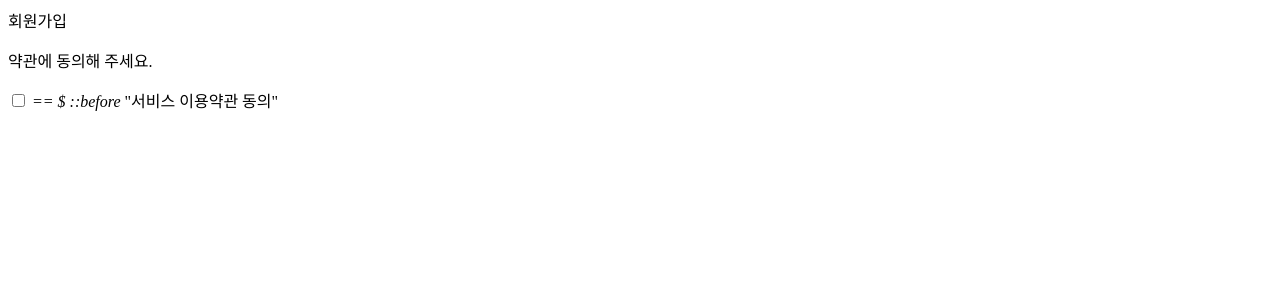
Repository: agheha/trillion
Page: YH/study_project/html/terms.html
An editor plug-in stored every save of this project. The page is shown before and after a run of saves, followed by the edit.
The browser window is 1280 px wide. The pictures show the whole page.

Above is the page before, as saved 2019-09-06 08:18:41.

### YH/study_project/html/terms.html
<!DOCTYPE html>
<html lang="en">
<head>
    <meta charset="UTF-8">
    <meta name="viewport" content="width=device-width, initial-scale=1.0">
    <meta http-equiv="X-UA-Compatible" content="ie=edge">
    <title>Document</title>
    <link rel="stylesheet" href="./../css//terms.css">
</head>
<body>
    <div class="main">
        <form action="">
            <div class="form-item-title">회원가입</div>
            <p>약관에 동의해 주세요.</p>
            <div class="form-item-checkbox">
                <label>
                    <input class="check" type="checkbox" value="terms">
                    <i class="son scon-check"> == $
                        ::before
                    </i>
                    "서비스 이용약관 동의"
                </label>
            </div>
            <div class="form-item-box"></div>
            <div class="form-item-checkbox"></div>
            <div class="form-item-box"></div>
            <div class="form-item-checkbox"></div>
            <div class="form-item-all"></div>
        </form>
    </div>
</body>
</html>

Loaded but not shown: YH/study_project/css/terms.css (no stored copy; drawn as an empty file)

After the next 2 saves:
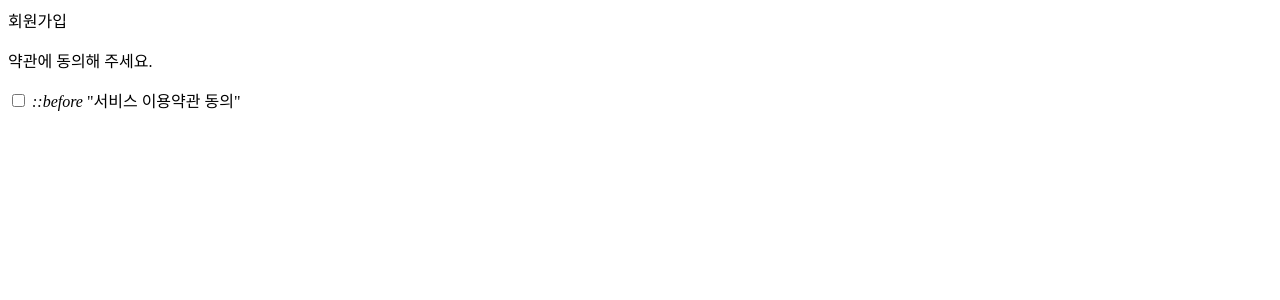
The 2 saves are shown as one change because they came seconds apart.
The last was saved 20 s later.
--- a/YH/study_project/html/terms.html
+++ b/YH/study_project/html/terms.html
@@ -15,7 +15,7 @@
             <div class="form-item-checkbox">
                 <label>
                     <input class="check" type="checkbox" value="terms">
-                    <i class="son scon-check"> == $
+                    <i class="son scon-check">
                         ::before
                     </i>
                     "서비스 이용약관 동의"
